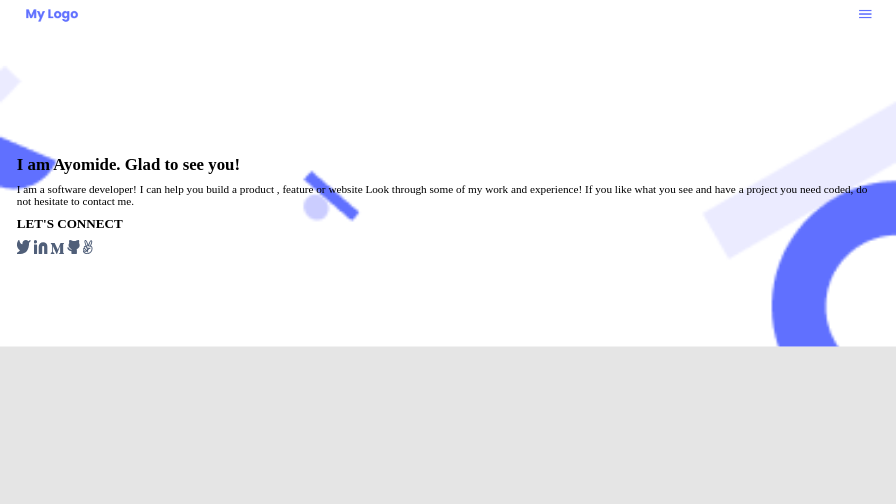
Repository: Paulinelali/potfoilo.github.io
Page: public/index.html
The author's editor kept a copy of each file at every save. The page is drawn from the files as they stood at one save, then again after a run of saves.
The browser window is 1280 px wide. The pictures show the part of the page from y = 0 to 1920 px (the page is 720 px tall before and 6980 px after), at 70% of full size.

Above is the page before, as saved 2023-03-31 00:26:15.

### public/index.html
<!DOCTYPE html>
<html lang="en">
<head>
    <meta charset="UTF-8">
    <meta http-equiv="X-UA-Compatible" content="IE=edge">
    <meta name="viewport" content="width=device-width, initial-scale=1.0">
    <link rel="preconnect" href="https://fonts.googleapis.com">
    <link rel="preconnect" href="https://fonts.gstatic.com" crossorigin>
    <link href="https://fonts.googleapis.com/css2?family=Poppins:wght@400;700&display=swap" rel="stylesheet">
    <link rel="stylesheet" href="../styles/style.css">
    <title>Ayomide S.E.P</title>
</head>
<body>
    <header class="header">
        <nav class="nav pad-aside">
            <a href="#">
                <img src="../assets/Logo Placeholder.png" alt="">
            </a>
            <a href="#"><img src="../assets/Normal Button/Tertiary/Enabled.png" alt=""></a>
        </nav>
        <section class="intro">
            <div class="introc-content pad-aside">
                <h1 class="pad-aside">
                    I am Ayomide.
                Glad to see you!
                </h1>
                <p class="pad-aside">
                    I am a software developer! I can help you build a product , feature or website   Look through some of my work and
                    experience! If you like what you see and have a project you need coded,
                    do not hesitate to contact me.
                </p>
                <h3 class="pad-aside">
                    LET'S CONNECT
                </h3>
                <div class="social-icons pad-aside ">
                    <img src="../assets/social icons/Vector.svg" alt="">
                    <img src="../assets/social icons/Linkedin icon.svg" alt="">
                    <img src="../assets/social icons/Vector (1).svg" alt="">
                    <img src="../assets/social icons/Vector (2).svg" alt="">
                    <img src="../assets/social icons/Vector (3).svg" alt="">
                </div>
            </div>
        </section>
    </header>
</body>
</html>

### styles/style.css
*{
  margin: 0px;
  padding: 0px;
}

body{
  background-color: #E5E5E5;
}

.pad-aside{
  padding: 0px 24px;
}

.header{
  display: flex;
  flex-direction: column;
  gap: 50px;
  /* padding: 24px; */
  background-color: white;
}
.nav{
  display: flex;
  justify-content: space-between;
}

.introc-content{
  display: flex;
  flex-direction: column;
  gap: 12px;
  padding: 128px 0px;
  background-image: url("../assets/header-shapes\ mobile.png");
  background-size: cover;

}

.social-icons

After the next 8 saves:
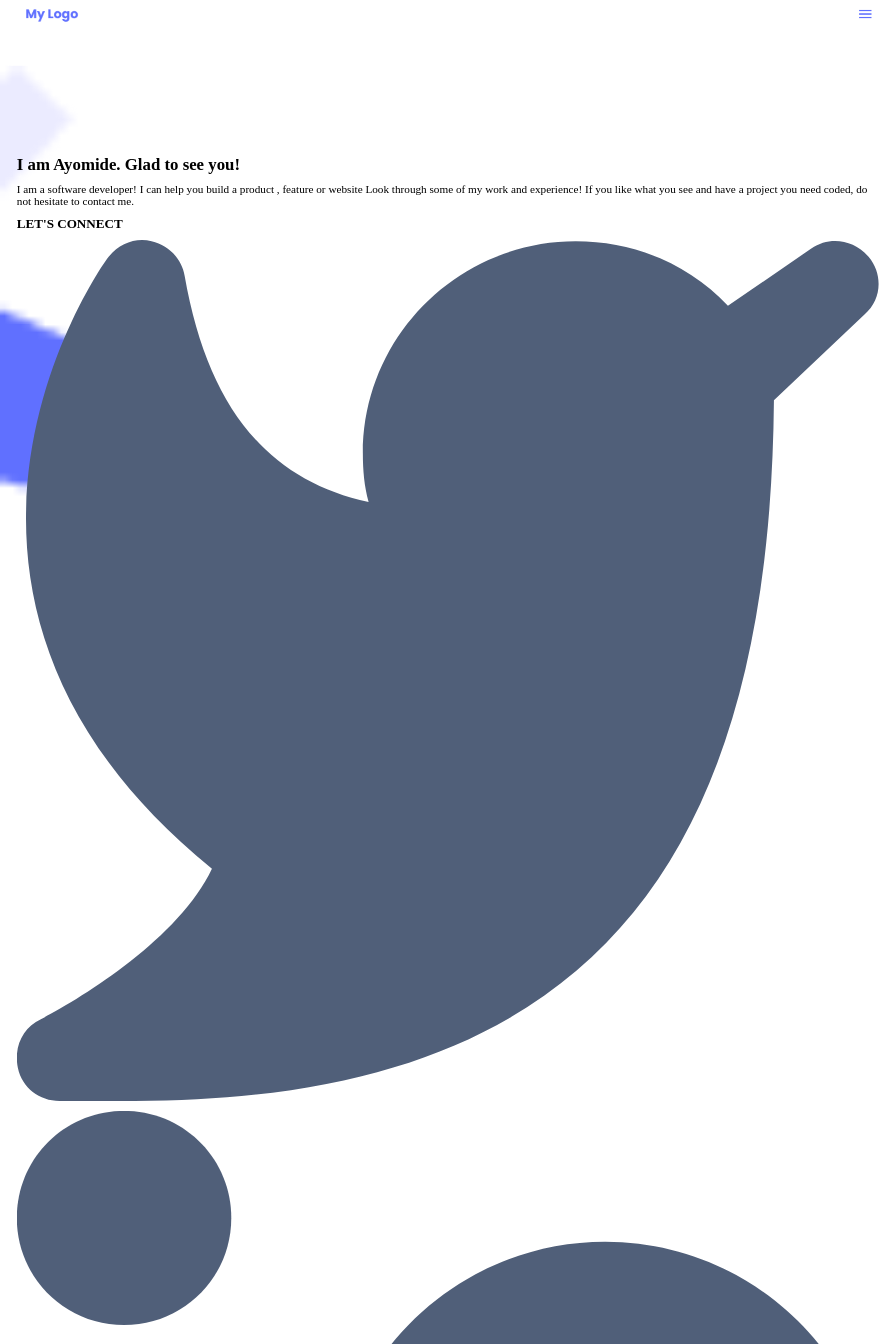
The 8 saves are shown as one change because they came seconds apart.
The last was saved 18 s later.
--- a/styles/style.css
+++ b/styles/style.css
@@ -33,4 +33,8 @@ body{
 
 }
 
-.social-icons
+.social-icons{
+  display: flex;
+  flex-direction: column;
+  gap: 12px;
+}
